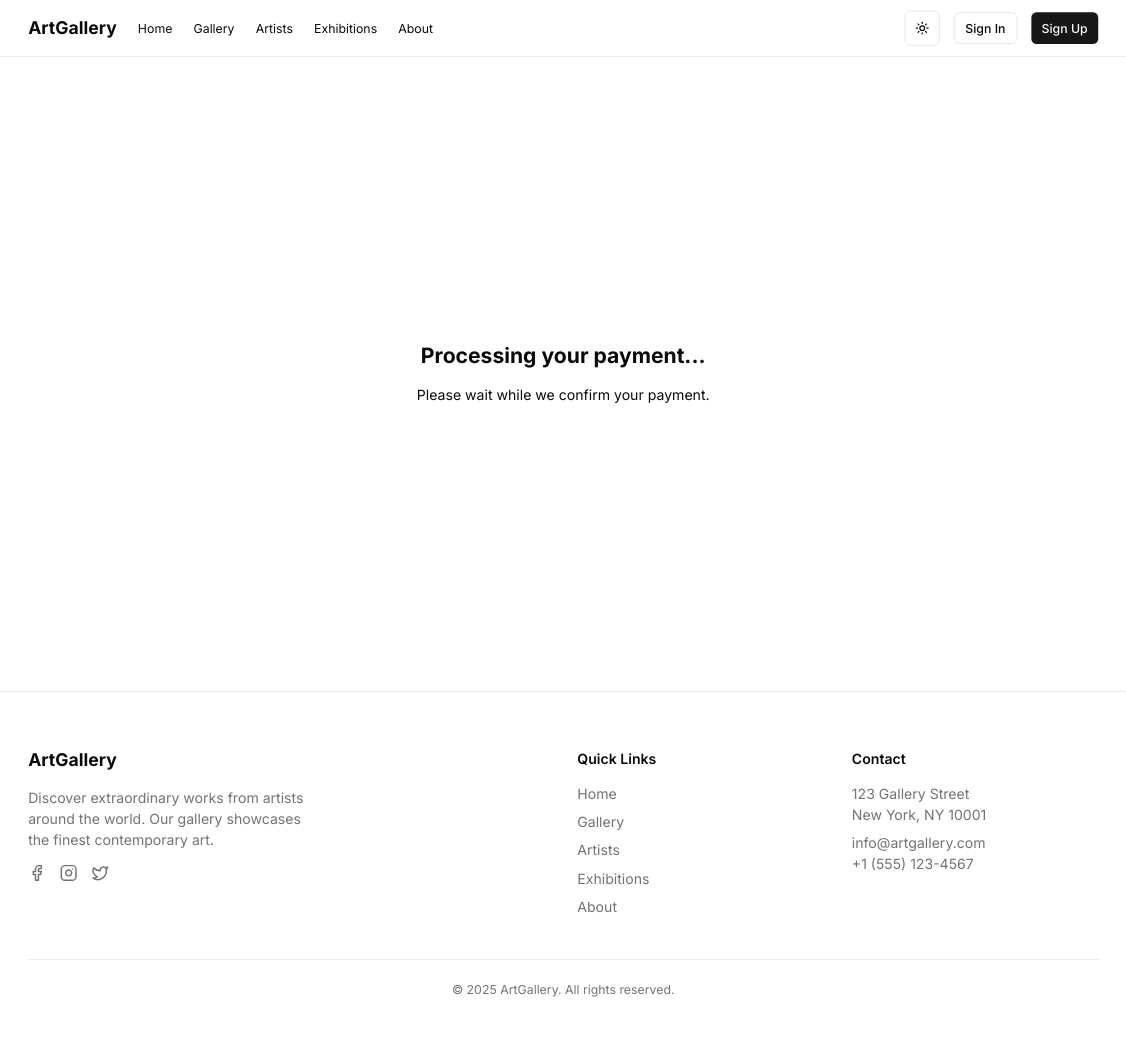
Repository: flow-ctrl369/gallery-cloneX
Page: /payment-success
These files come from the project's save history. The page is drawn as it stood at one moment and after the next save; the edit follows.
The browser window is 1280 px wide. The pictures show the whole page, at 88% of full size.
The project was rebuilt for these pictures with package versions that can differ from the ones it lists, and the page was loaded fresh each time. The framework's server and built-in components were replaced by stand-ins that run in the browser. Also part of the build but not shown: next.config.mjs.

Above is the page before, as saved 2025-06-01 22:36:35.

### app/layout.tsx
import type { Metadata } from "next"
import { Inter } from "next/font/google"
import "./globals.css"
import { ThemeProvider } from "@/components/theme-provider"
import Header from "@/components/header"
import Footer from "@/components/footer"
import AnimatePresenceWrapper from "@/components/animate-presence-wrapper"

const inter = Inter({ subsets: ["latin"] })

export const metadata: Metadata = {
  title: "Modern Art Gallery",
  description: "Discover extraordinary works from artists around the world",
}

export default function RootLayout({
  children,
}: {
  children: React.ReactNode
}) {
  return (
    <html lang="en" suppressHydrationWarning>
      <body className={inter.className}>
        <ThemeProvider
          attribute="class"
          defaultTheme="system"
          enableSystem
          disableTransitionOnChange
        >
          <div className="flex min-h-screen flex-col">
            <Header />
            <AnimatePresenceWrapper>
              {children}
            </AnimatePresenceWrapper>
            <Footer />
          </div>
        </ThemeProvider>
      </body>
    </html>
  )
}

### app/payment-success/page.tsx
'use client';

import { useEffect, useState } from 'react';
import { useSearchParams } from 'next/navigation';
import { Button } from '@/components/ui/button';
import Link from 'next/link';

export default function PaymentSuccess() {
  const [status, setStatus] = useState<'processing' | 'succeeded' | 'failed'>('processing');
  const searchParams = useSearchParams();

  useEffect(() => {
    const payment_intent = searchParams.get('payment_intent');
    const payment_intent_client_secret = searchParams.get('payment_intent_client_secret');

    if (payment_intent && payment_intent_client_secret) {
      // Here you would typically verify the payment status with your backend
      setStatus('succeeded');
    }
  }, [searchParams]);

  return (
    <div className="min-h-screen flex items-center justify-center">
      <div className="text-center">
        {status === 'processing' && (
          <div>
            <h1 className="text-2xl font-bold mb-4">Processing your payment...</h1>
            <p>Please wait while we confirm your payment.</p>
          </div>
        )}
        {status === 'succeeded' && (
          <div>
            <h1 className="text-2xl font-bold mb-4">Payment Successful!</h1>
            <p className="mb-6">Thank you for your purchase.</p>
            <Button asChild>
              <Link href="/">Return to Gallery</Link>
            </Button>
          </div>
        )}
        {status === 'failed' && (
          <div>
            <h1 className="text-2xl font-bold mb-4">Payment Failed</h1>
            <p className="mb-6">There was an error processing your payment.</p>
            <Button asChild>
              <Link href="/">Return to Gallery</Link>
            </Button>
          </div>
        )}
      </div>
    </div>
  );
}

### components/header.tsx
import { Button } from "@/components/ui/button"
import { ModeToggle } from "@/components/mode-toggle"
import { Menu } from "lucide-react"
import Link from "next/link"
import { Sheet, SheetContent, SheetTrigger } from "@/components/ui/sheet"

export default function Header() {
  return (
    <header className="sticky top-0 z-50 w-full border-b bg-background/95 backdrop-blur supports-[backdrop-filter]:bg-background/60">
      <div className="container flex h-16 items-center">
        <Link href="/" className="mr-6 flex items-center space-x-2">
          <span className="text-xl font-bold">ArtGallery</span>
        </Link>
        <nav className="hidden md:flex flex-1 items-center gap-6 text-sm">
          <Link href="/" className="transition-colors hover:text-foreground/80">
            Home
          </Link>
          <Link href="/gallery" className="transition-colors hover:text-foreground/80">
            Gallery
          </Link>
          <Link href="/artists" className="transition-colors hover:text-foreground/80">
            Artists
          </Link>
          <Link href="/exhibitions" className="transition-colors hover:text-foreground/80">
            Exhibitions
          </Link>
          <Link href="/about" className="transition-colors hover:text-foreground/80">
            About
          </Link>
        </nav>
        <div className="flex items-center gap-4">
          <ModeToggle />
          <Button variant="outline" size="sm" className="hidden md:flex">
            Sign In
          </Button>
          <Button size="sm" className="hidden md:flex">
            Sign Up
          </Button>
          <Sheet>
            <SheetTrigger asChild>
              <Button variant="outline" size="icon" className="md:hidden">
                <Menu className="h-5 w-5" />
                <span className="sr-only">Toggle menu</span>
              </Button>
            </SheetTrigger>
            <SheetContent side="right">
              <nav className="grid gap-6 text-lg font-medium">
                <Link href="/" className="hover:text-foreground/80">
                  Home
                </Link>
                <Link href="/gallery" className="hover:text-foreground/80">
                  Gallery
                </Link>
                <Link href="/artists" className="hover:text-foreground/80">
                  Artists
                </Link>
                <Link href="/exhibitions" className="hover:text-foreground/80">
                  Exhibitions
                </Link>
                <Link href="/about" className="hover:text-foreground/80">
                  About
                </Link>
                <div className="flex flex-col gap-2 mt-4">
                  <Button variant="outline">Sign In</Button>
                  <Button>Sign Up</Button>
                </div>
              </nav>
            </SheetContent>
          </Sheet>
        </div>
      </div>
    </header>
  )
}

### components/footer.tsx
import { Facebook, Instagram, Twitter } from "lucide-react"
import Link from "next/link"

export default function Footer() {
  return (
    <footer className="border-t bg-background">
      <div className="container py-12 md:py-16">
        <div className="grid grid-cols-1 md:grid-cols-4 gap-8">
          <div className="md:col-span-2">
            <Link href="/" className="text-xl font-bold mb-4 inline-block">
              ArtGallery
            </Link>
            <p className="text-muted-foreground max-w-xs">
              Discover extraordinary works from artists around the world. Our gallery showcases the finest contemporary
              art.
            </p>
            <div className="flex gap-4 mt-4">
              <Link href="#" className="text-muted-foreground hover:text-foreground">
                <Facebook className="h-5 w-5" />
                <span className="sr-only">Facebook</span>
              </Link>
              <Link href="#" className="text-muted-foreground hover:text-foreground">
                <Instagram className="h-5 w-5" />
                <span className="sr-only">Instagram</span>
              </Link>
              <Link href="#" className="text-muted-foreground hover:text-foreground">
                <Twitter className="h-5 w-5" />
                <span className="sr-only">Twitter</span>
              </Link>
            </div>
          </div>
          <div>
            <h3 className="font-semibold mb-4">Quick Links</h3>
            <ul className="space-y-2">
              <li>
                <Link href="/" className="text-muted-foreground hover:text-foreground">
                  Home
                </Link>
              </li>
              <li>
                <Link href="/gallery" className="text-muted-foreground hover:text-foreground">
                  Gallery
                </Link>
              </li>
              <li>
                <Link href="/artists" className="text-muted-foreground hover:text-foreground">
                  Artists
                </Link>
              </li>
              <li>
                <Link href="/exhibitions" className="text-muted-foreground hover:text-foreground">
                  Exhibitions
                </Link>
              </li>
              <li>
                <Link href="/about" className="text-muted-foreground hover:text-foreground">
                  About
                </Link>
              </li>
            </ul>
          </div>
          <div>
            <h3 className="font-semibold mb-4">Contact</h3>
            <address className="not-italic text-muted-foreground">
              <p>123 Gallery Street</p>
              <p>New York, NY 10001</p>
              <p className="mt-2">info@artgallery.com</p>
              <p>+1 (555) 123-4567</p>
            </address>
          </div>
        </div>
        <div className="mt-12 pt-6 border-t text-center text-sm text-muted-foreground">
          <p>© {new Date().getFullYear()} ArtGallery. All rights reserved.</p>
        </div>
      </div>
    </footer>
  )
}

### components/animate-presence-wrapper.tsx
"use client"

import { AnimatePresence } from "framer-motion"

interface AnimatePresenceWrapperProps {
  children: React.ReactNode
}

export default function AnimatePresenceWrapper({ children }: AnimatePresenceWrapperProps) {
  return <AnimatePresence mode="wait">{children}</AnimatePresence>
}

### components/ui/button.tsx
import * as React from "react"
import { Slot } from "@radix-ui/react-slot"
import { cva, type VariantProps } from "class-variance-authority"

import { cn } from "@/lib/utils"

const buttonVariants = cva(
  "inline-flex items-center justify-center gap-2 whitespace-nowrap rounded-md text-sm font-medium ring-offset-background transition-colors focus-visible:outline-none focus-visible:ring-2 focus-visible:ring-ring focus-visible:ring-offset-2 disabled:pointer-events-none disabled:opacity-50 [&_svg]:pointer-events-none [&_svg]:size-4 [&_svg]:shrink-0",
  {
    variants: {
      variant: {
        default: "bg-primary text-primary-foreground hover:bg-primary/90",
        destructive:
          "bg-destructive text-destructive-foreground hover:bg-destructive/90",
        outline:
          "border border-input bg-background hover:bg-accent hover:text-accent-foreground",
        secondary:
          "bg-secondary text-secondary-foreground hover:bg-secondary/80",
        ghost: "hover:bg-accent hover:text-accent-foreground",
        link: "text-primary underline-offset-4 hover:underline",
      },
      size: {
        default: "h-10 px-4 py-2",
        sm: "h-9 rounded-md px-3",
        lg: "h-11 rounded-md px-8",
        icon: "h-10 w-10",
      },
    },
    defaultVariants: {
      variant: "default",
      size: "default",
    },
  }
)

export interface ButtonProps
  extends React.ButtonHTMLAttributes<HTMLButtonElement>,
    VariantProps<typeof buttonVariants> {
  asChild?: boolean
}

const Button = React.forwardRef<HTMLButtonElement, ButtonProps>(
  ({ className, variant, size, asChild = false, ...props }, ref) => {
    const Comp = asChild ? Slot : "button"
    return (
      <Comp
        className={cn(buttonVariants({ variant, size, className }))}
        ref={ref}
        {...props}
      />
    )
  }
)
Button.displayName = "Button"

export { Button, buttonVariants }

### components/mode-toggle.tsx
"use client"

import { Moon, Sun } from "lucide-react"
import { useTheme } from "next-themes"
import { Button } from "@/components/ui/button"

export function ModeToggle() {
  const { theme, setTheme } = useTheme()

  return (
    <Button
      variant="outline"
      size="icon"
      onClick={() => setTheme(theme === "dark" ? "light" : "dark")}
    >
      <Sun className="h-[1.2rem] w-[1.2rem] rotate-0 scale-100 transition-all dark:-rotate-90 dark:scale-0" />
      <Moon className="absolute h-[1.2rem] w-[1.2rem] rotate-90 scale-0 transition-all dark:rotate-0 dark:scale-100" />
      <span className="sr-only">Toggle theme</span>
    </Button>
  )
}

### components/ui/sheet.tsx
"use client"

import * as React from "react"
import * as SheetPrimitive from "@radix-ui/react-dialog"
import { cva, type VariantProps } from "class-variance-authority"
import { X } from "lucide-react"

import { cn } from "@/lib/utils"

const Sheet = SheetPrimitive.Root

const SheetTrigger = SheetPrimitive.Trigger

const SheetClose = SheetPrimitive.Close

const SheetPortal = SheetPrimitive.Portal

const SheetOverlay = React.forwardRef<
  React.ElementRef<typeof SheetPrimitive.Overlay>,
  React.ComponentPropsWithoutRef<typeof SheetPrimitive.Overlay>
>(({ className, ...props }, ref) => (
  <SheetPrimitive.Overlay
    className={cn(
      "fixed inset-0 z-50 bg-background/80 backdrop-blur-sm data-[state=open]:animate-in data-[state=closed]:animate-out data-[state=closed]:fade-out-0 data-[state=open]:fade-in-0",
      className,
    )}
    {...props}
    ref={ref}
  />
))
SheetOverlay.displayName = SheetPrimitive.Overlay.displayName

const sheetVariants = cva(
  "fixed z-50 gap-4 bg-background p-6 shadow-lg transition ease-in-out data-[state=open]:animate-in data-[state=closed]:animate-out data-[state=closed]:duration-300 data-[state=open]:duration-500",
  {
    variants: {
      side: {
        top: "inset-x-0 top-0 border-b data-[state=closed]:slide-out-to-top data-[state=open]:slide-in-from-top",
        bottom:
          "inset-x-0 bottom-0 border-t data-[state=closed]:slide-out-to-bottom data-[state=open]:slide-in-from-bottom",
        left: "inset-y-0 left-0 h-full w-3/4 border-r data-[state=closed]:slide-out-to-left data-[state=open]:slide-in-from-left sm:max-w-sm",
        right:
          "inset-y-0 right-0 h-full w-3/4  border-l data-[state=closed]:slide-out-to-right data-[state=open]:slide-in-from-right sm:max-w-sm",
      },
    },
    defaultVariants: {
      side: "right",
    },
  },
)

interface SheetContentProps
  extends React.ComponentPropsWithoutRef<typeof SheetPrimitive.Content>,
    VariantProps<typeof sheetVariants> {}

const SheetContent = React.forwardRef<React.ElementRef<typeof SheetPrimitive.Content>, SheetContentProps>(
  ({ side = "right", className, children, ...props }, ref) => (
    <SheetPortal>
      <SheetOverlay />
      <SheetPrimitive.Content ref={ref} className={cn(sheetVariants({ side }), className)} {...props}>
        {children}
        <SheetPrimitive.Close className="absolute right-4 top-4 rounded-sm opacity-70 ring-offset-background transition-opacity hover:opacity-100 focus:outline-none focus:ring-2 focus:ring-ring focus:ring-offset-2 disabled:pointer-events-none data-[state=open]:bg-secondary">
          <X className="h-4 w-4" />
          <span className="sr-only">Close</span>
        </SheetPrimitive.Close>
      </SheetPrimitive.Content>
    </SheetPortal>
  ),
)
SheetContent.displayName = SheetPrimitive.Content.displayName

const SheetHeader = ({ className, ...props }: React.HTMLAttributes<HTMLDivElement>) => (
  <div className={cn("flex flex-col space-y-2 text-center sm:text-left", className)} {...props} />
)
SheetHeader.displayName = "SheetHeader"

const SheetFooter = ({ className, ...props }: React.HTMLAttributes<HTMLDivElement>) => (
  <div className={cn("flex flex-col-reverse sm:flex-row sm:justify-end sm:space-x-2", className)} {...props} />
)
SheetFooter.displayName = "SheetFooter"

const SheetTitle = React.forwardRef<
  React.ElementRef<typeof SheetPrimitive.Title>,
  React.ComponentPropsWithoutRef<typeof SheetPrimitive.Title>
>(({ className, ...props }, ref) => (
  <SheetPrimitive.Title ref={ref} className={cn("text-lg font-semibold text-foreground", className)} {...props} />
))
SheetTitle.displayName = SheetPrimitive.Title.displayName

const SheetDescription = React.forwardRef<
  React.ElementRef<typeof SheetPrimitive.Description>,
  React.ComponentPropsWithoutRef<typeof SheetPrimitive.Description>
>(({ className, ...props }, ref) => (
  <SheetPrimitive.Description ref={ref} className={cn("text-sm text-muted-foreground", className)} {...props} />
))
SheetDescription.displayName = SheetPrimitive.Description.displayName

export {
  Sheet,
  SheetPortal,
  SheetOverlay,
  SheetTrigger,
  SheetClose,
  SheetContent,
  SheetHeader,
  SheetFooter,
  SheetTitle,
  SheetDescription,
}

Loaded but not shown: app/globals.css (common file); components/theme-provider.tsx (common file); lib/utils.ts (common file); tailwind.config.ts (common file); lib/data.ts (687 lines, source omitted)

After the next save:
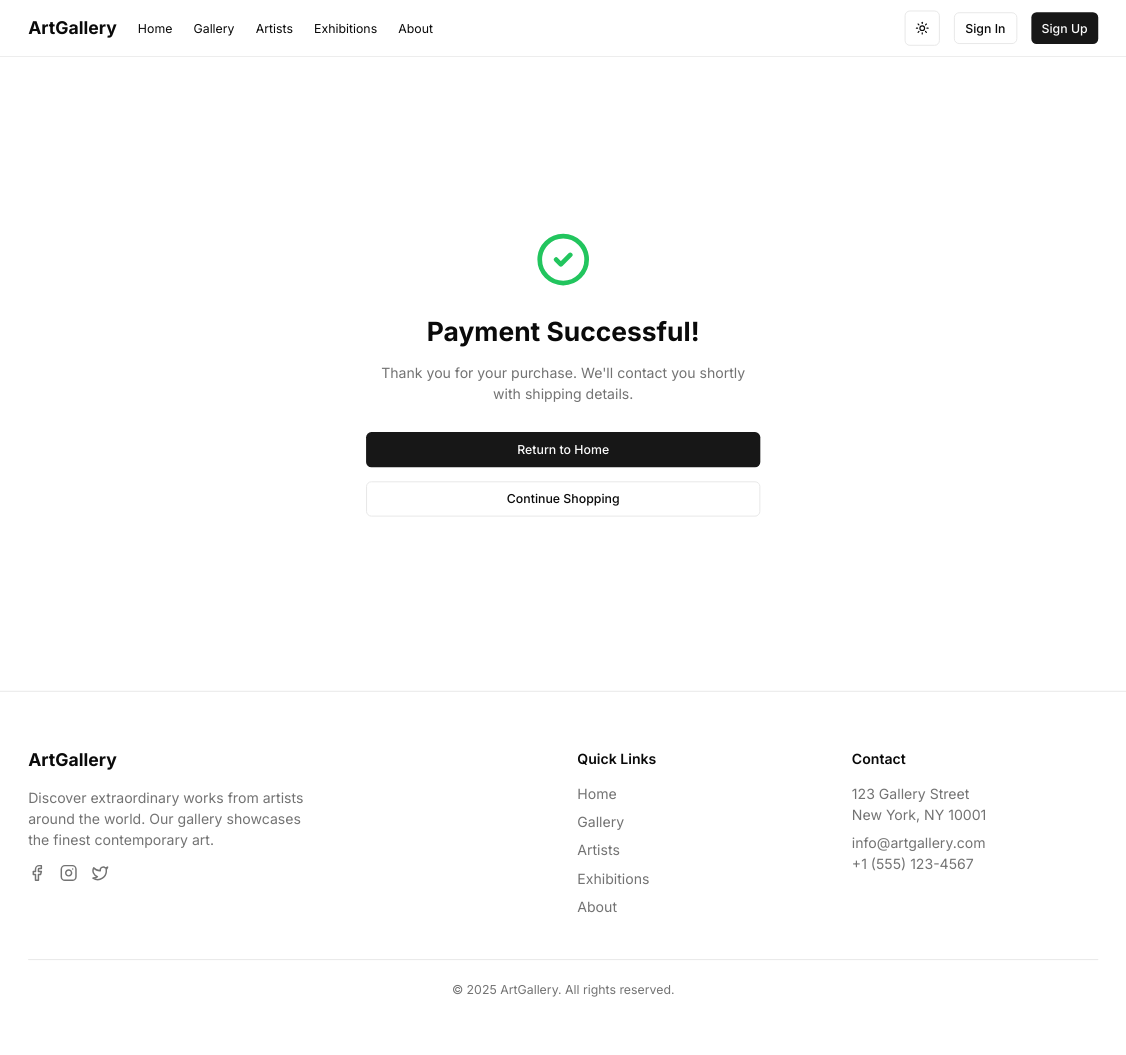
Saved 10 s later.
--- a/app/payment-success/page.tsx
+++ b/app/payment-success/page.tsx
@@ -1,52 +1,37 @@
-'use client';
+"use client"
 
-import { useEffect, useState } from 'react';
-import { useSearchParams } from 'next/navigation';
-import { Button } from '@/components/ui/button';
-import Link from 'next/link';
+import { Button } from "@/components/ui/button"
+import { CheckCircle2 } from "lucide-react"
+import Link from "next/link"
+import { useSearchParams } from "next/navigation"
+import { artworks } from "@/lib/data"
 
-export default function PaymentSuccess() {
-  const [status, setStatus] = useState<'processing' | 'succeeded' | 'failed'>('processing');
-  const searchParams = useSearchParams();
-
-  useEffect(() => {
-    const payment_intent = searchParams.get('payment_intent');
-    const payment_intent_client_secret = searchParams.get('payment_intent_client_secret');
-
-    if (payment_intent && payment_intent_client_secret) {
-      // Here you would typically verify the payment status with your backend
-      setStatus('succeeded');
-    }
-  }, [searchParams]);
+export default function PaymentSuccessPage() {
+  const searchParams = useSearchParams()
+  const artworkId = searchParams.get("artworkId")
+  const artwork = artworks.find((art) => art.id === artworkId)
 
   return (
-    <div className="min-h-screen flex items-center justify-center">
-      <div className="text-center">
-        {status === 'processing' && (
-          <div>
-            <h1 className="text-2xl font-bold mb-4">Processing your payment...</h1>
-            <p>Please wait while we confirm your payment.</p>
-          </div>
-        )}
-        {status === 'succeeded' && (
-          <div>
-            <h1 className="text-2xl font-bold mb-4">Payment Successful!</h1>
-            <p className="mb-6">Thank you for your purchase.</p>
-            <Button asChild>
-              <Link href="/">Return to Gallery</Link>
-            </Button>
-          </div>
-        )}
-        {status === 'failed' && (
-          <div>
-            <h1 className="text-2xl font-bold mb-4">Payment Failed</h1>
-            <p className="mb-6">There was an error processing your payment.</p>
-            <Button asChild>
-              <Link href="/">Return to Gallery</Link>
-            </Button>
-          </div>
-        )}
+    <main className="min-h-screen flex items-center justify-center px-4">
+      <div className="max-w-md w-full text-center space-y-8">
+        <div className="flex justify-center">
+          <CheckCircle2 className="h-16 w-16 text-green-500" />
+        </div>
+        <div className="space-y-4">
+          <h1 className="text-3xl font-bold">Payment Successful!</h1>
+          <p className="text-muted-foreground">
+            Thank you for your purchase{artwork ? ` of "${artwork.title}"` : ""}. We'll contact you shortly with shipping details.
+          </p>
+        </div>
+        <div className="flex flex-col gap-4">
+          <Button asChild>
+            <Link href="/">Return to Home</Link>
+          </Button>
+          <Button variant="outline" asChild>
+            <Link href="/gallery">Continue Shopping</Link>
+          </Button>
+        </div>
       </div>
-    </div>
-  );
+    </main>
+  )
 }
